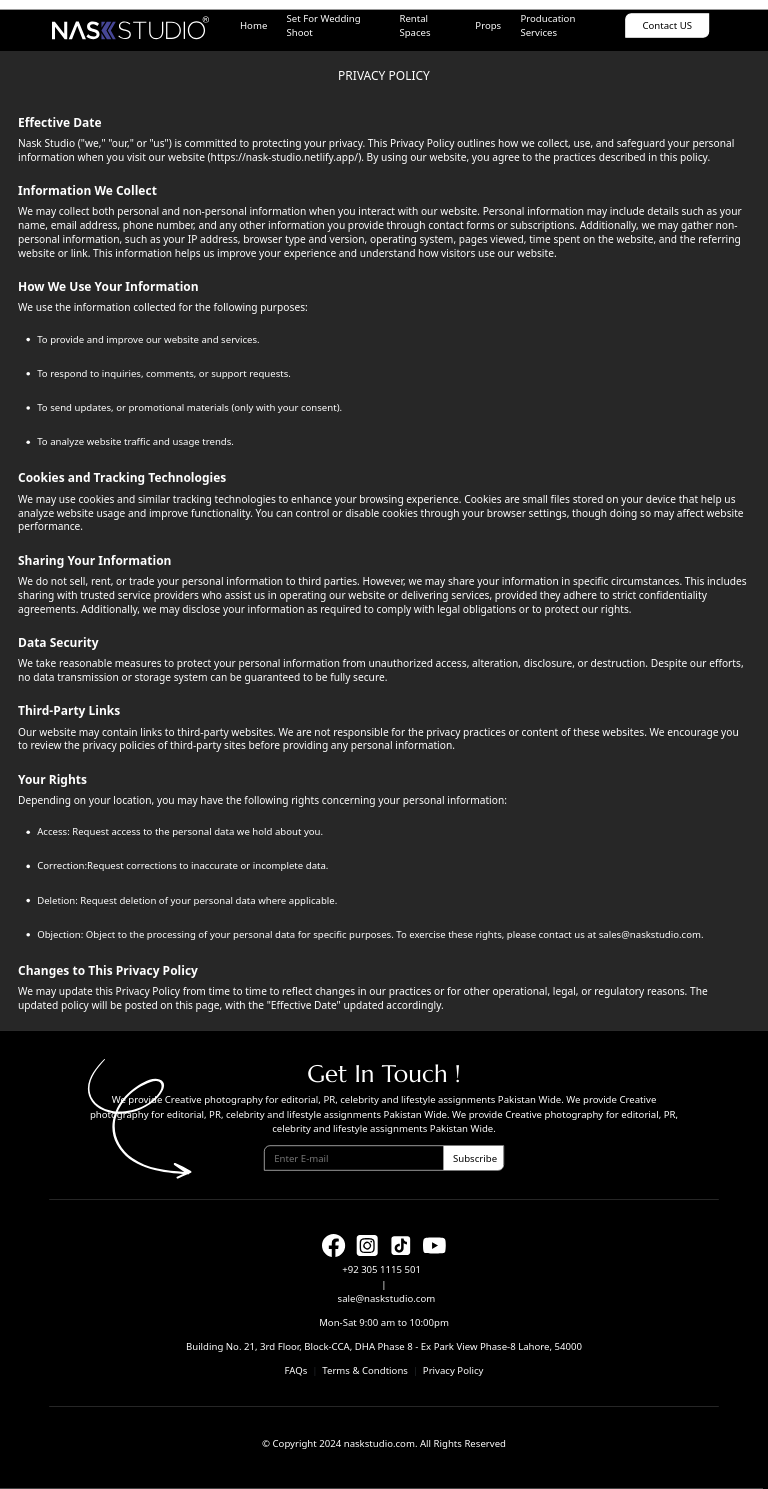
Repository: sagheerNaskSoft/nask-studio-sec-phase
Page: /privacy
The author's editor kept a copy of each file at every save. The page is drawn from the files as they stood at one save, then again after the next save.
The browser window is 1280 px wide. The pictures show the whole page, at 60% of full size.
The project was rebuilt for these pictures with package versions that can differ from the ones it lists, and the page was loaded fresh each time. Also part of the build but not shown: src/Component/HomePage/Banner.js, src/Component/HomePage/ShootSection.js, src/Component/HomePage/SerivceSetion.js, src/Pages/Home.js, src/Pages/About.js, src/Component/WeddingSets/Banner.js, src/Component/WeddingSets/StudioSection.js, src/Pages/WeddingSets.js and 16 more.

Above is the page before, as saved 2025-02-03 21:53:27.

### public/index.html
<!DOCTYPE html>
<html lang="en">
  <head>
    <meta charset="utf-8" />
    <link rel="icon" href="%PUBLIC_URL%/favicon.ico" />
    <meta name="viewport" content="width=device-width, initial-scale=1" />
    <meta name="theme-color" content="#000000" />
    <meta
      name="description"
      content="Web site created using create-react-app"
    />
    <link rel="apple-touch-icon" href="%PUBLIC_URL%/logo192.png" />
    <!--
      manifest.json provides metadata used when your web app is installed on a
      user's mobile device or desktop. See https://developers.google.com/web/fundamentals/web-app-manifest/
    -->
    <link rel="manifest" href="%PUBLIC_URL%/manifest.json" />
    <!--
      Notice the use of %PUBLIC_URL% in the tags above.
      It will be replaced with the URL of the `public` folder during the build.
      Only files inside the `public` folder can be referenced from the HTML.

      Unlike "/favicon.ico" or "favicon.ico", "%PUBLIC_URL%/favicon.ico" will
      work correctly both with client-side routing and a non-root public URL.
      Learn how to configure a non-root public URL by running `npm run build`.
    -->
    <title>Nask Studio | Studio Space | Studio Rent</title>
  </head>
  <body>
    <noscript>You need to enable JavaScript to run this app.</noscript>
    <div id="root"></div>
    <!--
      This HTML file is a template.
      If you open it directly in the browser, you will see an empty page.

      You can add webfonts, meta tags, or analytics to this file.
      The build step will place the bundled scripts into the <body> tag.

      To begin the development, run `npm start` or `yarn start`.
      To create a production bundle, use `npm run build` or `yarn build`.
    -->
  </body>
</html>

### src/Component/Privacypolicy/Privacepolicy.js
import React from 'react'
import NavBar from '../NavFooter/NavBar'

function Privacepolicy() {
    return (
        <>
            <div className='Privace-policy'>
                <div className='Privace'>
                    <h2>PRIVACY POLICY</h2>
                <h4>Effective Date</h4>
                <p>Nask Studio ("we," "our," or "us") is committed to protecting your privacy. This Privacy Policy outlines how we collect, use, and safeguard your personal information when you visit our website (https://nask-studio.netlify.app/). By using our website, you agree to the practices described in this policy.</p>
                <h4>Information We Collect</h4>
                <p>We may collect both personal and non-personal information when you interact with our website. Personal information may include details such as your name, email address, phone number, and any other information you provide through contact forms or subscriptions. Additionally, we may gather non-personal information, such as your IP address, browser type and version, operating system, pages viewed, time spent on the website, and the referring website or link. This information helps us improve your experience and understand how visitors use our website.</p>
                <h4>How We Use Your Information</h4>
                <p>We use the information collected for the following purposes:</p>
                <ul>
                    <li>To provide and improve our website and services.</li>
                    <li>To respond to inquiries, comments, or support requests.</li>
                    <li>To send updates, or promotional materials (only with your consent).</li>
                    <li>To analyze website traffic and usage trends.</li>
                </ul>
                <h4>Cookies and Tracking Technologies</h4>
                <p>We may use cookies and similar tracking technologies to enhance your browsing experience. Cookies are small files stored on your device that help us analyze website usage and improve functionality. You can control or disable cookies through your browser settings, though doing so may affect website performance.</p>
                <h4>Sharing Your Information</h4>
                <p>We do not sell, rent, or trade your personal information to third parties. However, we may share your information in specific circumstances. This includes sharing with trusted service providers who assist us in operating our website or delivering services, provided they adhere to strict confidentiality agreements. Additionally, we may disclose your information as required to comply with legal obligations or to protect our rights.</p>
                <h4>Data Security</h4>
                <p>We take reasonable measures to protect your personal information from unauthorized access, alteration, disclosure, or destruction. Despite our efforts, no data transmission or storage system can be guaranteed to be fully secure.</p>
                <h4>Third-Party Links</h4>
                <p>Our website may contain links to third-party websites. We are not responsible for the privacy practices or content of these websites. We encourage you to review the privacy policies of third-party sites before providing any personal information.</p>
                <h4>Your Rights</h4>
                <p>Depending on your location, you may have the following rights concerning your personal information:</p>
                <ul>
                    <li>Access: Request access to the personal data we hold about you.
                    </li>
                    <li>Correction:Request corrections to inaccurate or incomplete data.
                    </li>
                    <li> Deletion: Request deletion of your personal data where applicable.
                    </li>
                    <li> Objection: Object to the processing of your personal data for specific purposes. To exercise these rights, please contact us at sales@naskstudio.com.
                    </li>
                </ul>
                <h4>Changes to This Privacy Policy</h4>
                <p>We may update this Privacy Policy from time to time to reflect changes in our practices or for other operational, legal, or regulatory reasons. The updated policy will be posted on this page, with the "Effective Date" updated accordingly.</p>
                </div>
            </div>
        </>
    )
}

export default Privacepolicy

Loaded but not shown: src/index.js (common file); src/index.css (common file); src/reportWebVitals.js (common file); src/Component/NavFooter/Footer.js (43 lines, source omitted); src/Component/NavFooter/NavBar.js (70 lines, source omitted); src/App.js (35 lines, source omitted); src/Pages/Privacy.js (18 lines, source omitted); src/App.css (971 lines, source omitted)

After the next save:
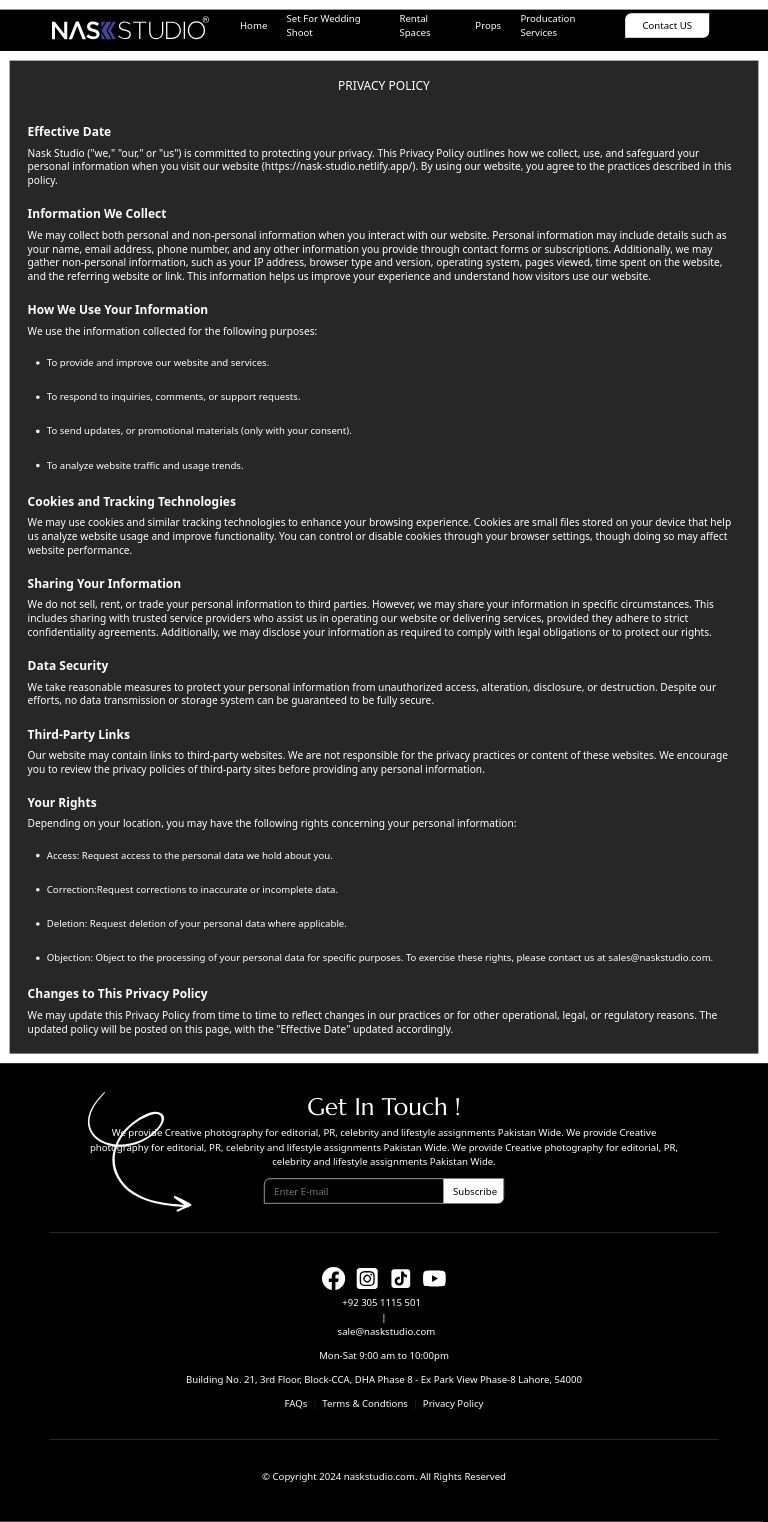
Saved 3 min 41 s later.
--- a/src/Component/Privacypolicy/Privacepolicy.js
+++ b/src/Component/Privacypolicy/Privacepolicy.js
@@ -4,7 +4,7 @@ import NavBar from '../NavFooter/NavBar'
 function Privacepolicy() {
     return (
         <>
-            <div className='Privace-policy'>
+            <div className='Privace-policy p-3'>
                 <div className='Privace'>
                     <h2>PRIVACY POLICY</h2>
                 <h4>Effective Date</h4>
